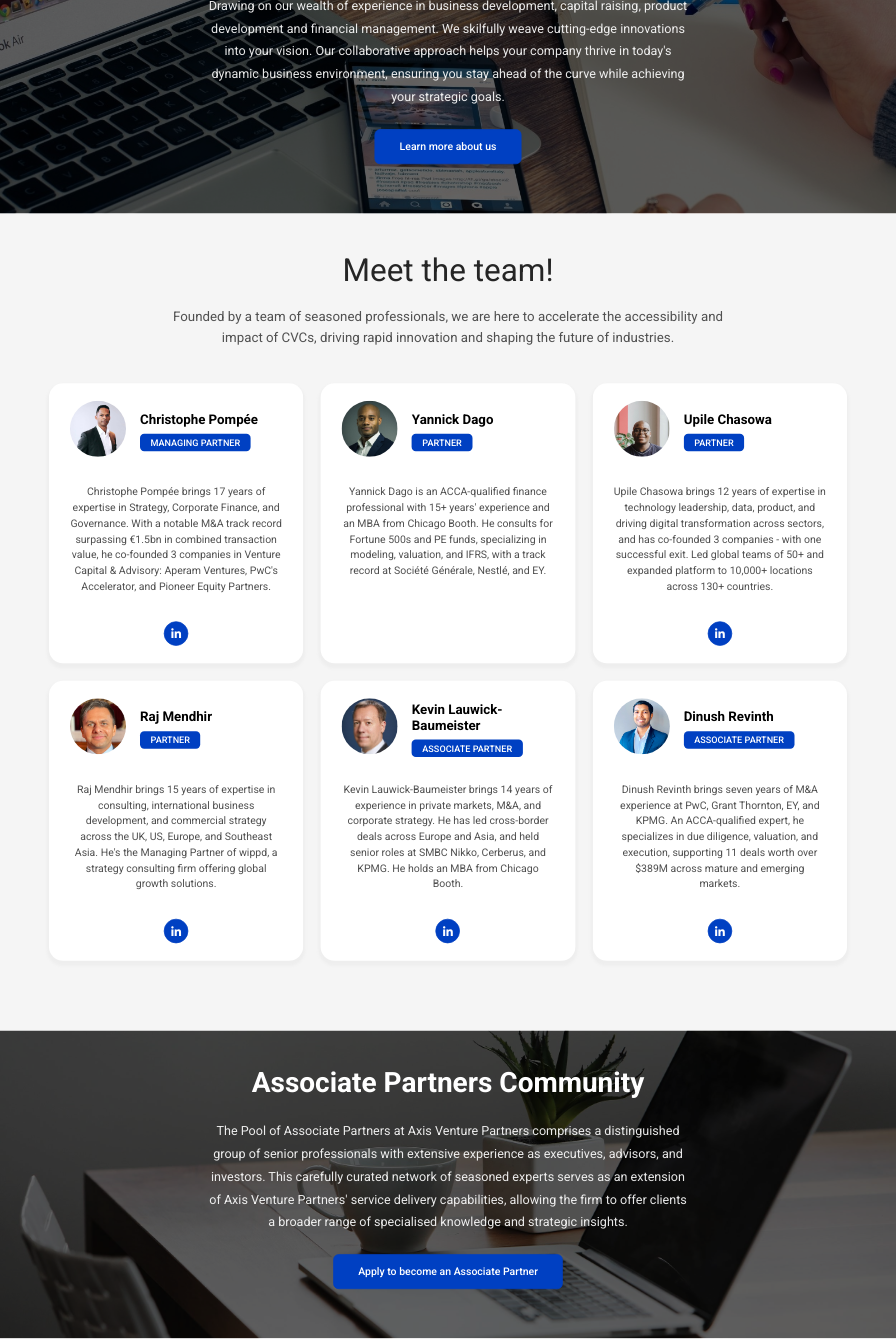
Repository: uchasowa/axisventures
Page: index.html
These files come from the project's save history. The page is drawn as it stood at one moment and after the next save; the edit follows.
The browser window is 1280 px wide. The pictures show the part of the page from y = 1741 to 3661 px (the page is 3963 px tall), at 70% of full size.
Some web libraries are served in a nearby version.

Above is the page before, as saved 2025-07-04 21:01:49.

After the next save:
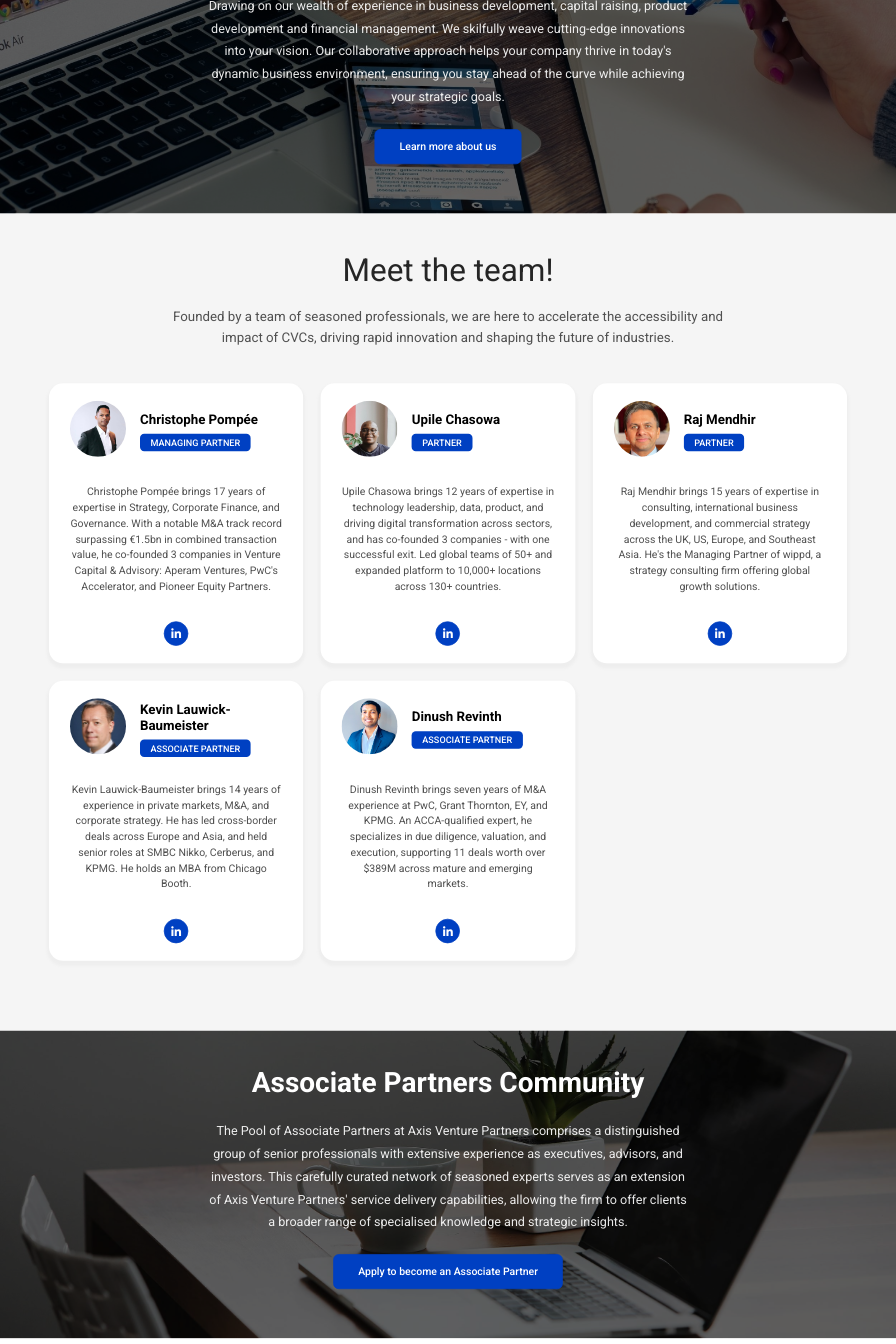
Saved 77 s later.
--- a/index.html
+++ b/index.html
@@ -206,18 +206,7 @@
                         </a>
                     </div>
                 </article>
-                <article class="box wow animate__fadeInUp" data-wow-duration="1.2s">
-                    <div class="top">
-                        <div class="image">
-                            <img src="./assets/yannick.jpg" alt="Yannick Dago - Partner">
-                        </div>
-                        <div class="text">
-                            <h3>Yannick Dago</h3>
-                            <span>Partner</span>
-                        </div>
-                    </div>
-                    <p>Yannick Dago is an ACCA-qualified finance professional with 15+ years' experience and an MBA from Chicago Booth. He consults for Fortune 500s and PE funds, specializing in modeling, valuation, and IFRS, with a track record at Société Générale, Nestlé, and EY.</p>
-                </article>
+
                 <article class="box wow animate__fadeInUp" data-wow-duration="1.5s">
                     <div class="top">
                         <div class="image">
